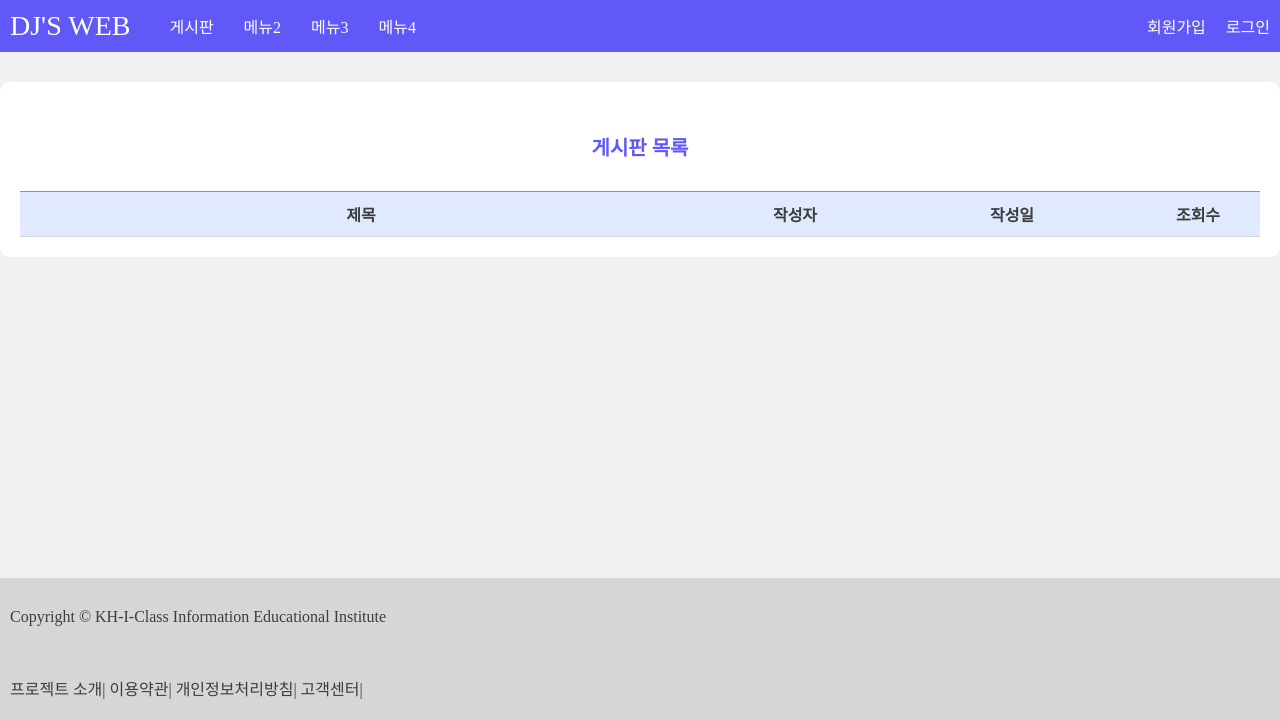
Repository: Godzilla-Man/codingStudy
Page: http://localhost/server_06_notice/WEB-INF/views/notice/list.jsp
An editor plug-in stored every save of this project. The page is shown before and after the next save, followed by the edit.
The browser window is 1280 px wide. The pictures show the whole page.
Some web fonts or font styles are not loaded; a fallback is used. The page is served by Tomcat 9. Nobody is signed in. Other server files are loaded and not shown. The template is opened directly, without the code that normally fills it, so the values that code supplies are empty.

Above is the page before, as saved 2025-05-09 02:05:19.

### server_06_notice/src/main/webapp/WEB-INF/views/notice/list.jsp
<%@ page language="java" contentType="text/html; charset=UTF-8"
    pageEncoding="UTF-8"%>
<%@ taglib uri="http://java.sun.com/jsp/jstl/core" prefix="c" %>
<!DOCTYPE html>
<html>
<head>
<meta charset="UTF-8">
<title>게시글 목록</title>
</head>
<body>
	<div class="wrap">
		<jsp:include page="/WEB-INF/views/common/header.jsp"></jsp:include>
		<main class="content">
			<section class="section notice-list-wrap">
				<div class="page-title">게시판 목록</div>

				<c:if test="${not empty loginMember}">
					<div class="list-header">
						<a class="btn-point write-btn" href="/notice/writeFrm">작성하기(일반)</a>
					</div>
				</c:if>

				<div class="list-content">
					<table class="tbl tbl-hover">
						<tr>
							<th style="width:55%;">제목</th>
							<th style="width:15%;">작성자</th>
							<th style="width:20%;">작성일</th>
							<th style="width:10%;">조회수</th>
						</tr>
						<c:forEach var="notice" items="${noticeList}">
						<tr>
							<td>${notice.noticeTitle}</td>
							<td>${notice.noticeWriter}</td>
							<td>${notice.noticeDate}</td>
							<td>${notice.readCount}</td>
						</tr>
						</c:forEach>
					</table>
				</div>
				<div id="pageNavi">${pageNavi}</div>
			</section>
		</main>
		<jsp:include page="/WEB-INF/views/common/footer.jsp"></jsp:include>
	</div>
</body>
</html>

### server_06_notice/src/main/webapp/WEB-INF/views/common/header.jsp
<%@ page language="java" contentType="text/html; charset=UTF-8"
    pageEncoding="UTF-8"%>
<%@ taglib uri="http://java.sun.com/jsp/jstl/core" prefix="c" %>
<link rel="stylesheet" href="/resources/css/default.css">
<link href="https://fonts.googleapis.com/icon?family=Material+Icons" rel="stylesheet">
<script src="https://code.jquery.com/jquery-3.7.1.min.js"></script>
<script src="/resources/js/sweetalert.min.js"></script>

<header class="header">
	<div>
		<div class="logo">
			<a href="/">DJ'S WEB</a>
		</div>
		<nav class="nav">
			<ul>
				<li>
					<a href="/notice/getList?reqPage=1">게시판</a>
				</li>
				<li>
					<a href="#">메뉴2</a>
				</li>
				<li>
					<a href="#">메뉴3</a>
				</li>
				<li>
					<a href="#">메뉴4</a>
				</li>
			</ul>
		</nav>
		<ul class="user-menu">
			<%-- 세션에 로그인 회원 정보 등록 여부에 따라 다른 메뉴 출력 --%>
			<c:choose>
				<c:when test="${empty sessionScope.loginMember}">
					<li>
						<a href="/member/joinFrm">회원가입</a>
					</li>
					<li>
						<a href="/member/loginFrm">로그인</a>
					</li>
				</c:when>
				<c:otherwise>
					<li>
						<a href="/member/myPage">마이페이지</a>
					</li>
					<li>
						<a href="/member/logout">로그아웃</a>
					</li>
				</c:otherwise>
			</c:choose>
		</ul>
	</div>
</header>

### server_06_notice/src/main/webapp/WEB-INF/views/common/footer.jsp
<%@ page language="java" contentType="text/html; charset=UTF-8"
    pageEncoding="UTF-8"%>
<footer class="footer">
	<div>
		<p>Copyright &copy; KH-I-Class Information Educational Institute</p>
	</div>
	<div>
		<a href="#">프로젝트 소개</a><span>|</span>
		<a href="#">이용약관</a><span>|</span>
		<a href="#">개인정보처리방침</a><span>|</span>
		<a href="#">고객센터</a><span>|</span>
	</div>
</footer>

### server_06_notice/src/main/webapp/resources/css/default.css


:root {
  /*main color*/
  --main1: #3d3d3d;
  --main2: #6059f7;
  --main3: #6592fe;
  --main4: #36c3fe;
  --main5: #8c61ff;
  /*box-bg*/
  --box-bg: #f0f1f1;
  /*gray*/
  --gray1: #222222;
  --gray2: #555555;
  --gray3: #717171;
  --gray4: #8f8f8f;
  --gray5: #b7b7b7;
  --gray6: #d6d6d6;
  --gray7: #efefef;
  --gray8: #ffffff;

  /*line-color*/
  --line1: #222222;
  --line2: #d6d6d6;
  --line3: #eaeced;
  --line4: #f6f6f6;
  --line5: #f8f9fa;
}
@font-face {
  font-family: ns-l;
  src: url(/resources/resources/font/NotoSansKR-Light.ttf);
}
@font-face {
  font-family: ns-r;
  src: url(/resources/font/NotoSansKR-Regular.ttf);
}
@font-face {
  font-family: ns-b;
  src: url(/resources/font/NotoSansKR-Bold.ttf);
}
@font-face {
  font-family: ns-black;
  src: url(/resources/font/NotoSansKR-Black.ttf);
}
* {
  margin: 0;
  padding: 0;
  outline: 20;
  font-family: ns-r;
  list-style-type: none;
  color : var(--main1);
}
a {
  text-decoration: none;
}
.wrap {
  min-height: 100vh;
  display: flex;
  flex-direction: column;
  min-width: 800px;
  position: relative;
  background-color: var(--box-bg);
}

.header {
  background-color: var(--main2);
  width: 100%;
  position: sticky;
  top: 0;
  z-index:1;
}
.header > div {
  padding: 10px;
  max-width: 1400px;
  margin: 0 auto;
  display: flex;
  align-items: center;
}
.header a {
  color: var(--gray8);
}
.logo {
  margin-right: 24px;
}
.logo > a {
  font-family: ns-black;
  font-size: 28px;
}
.nav {
  flex: 1;

}
.nav > ul {
  display: flex;
  align-items: center;
}
.nav > ul > li {
  margin: 0px 15px;
  position: relative;

}
.nav a,
.user-menu a {
  transition-duration: 0.3s;
}

.nav a:hover,
.user-menu a:hover {
  color: var(--gray1);
}

.nav .sub-menu {
  display: none;
  position: absolute;
  width: 130px;
  background-color: #fff;
  border: 1px solid var(--main2);
  border-radius: 5px;
  left: 10px;
  z-index: 1;
}

.sub-menu > li > a {
  color: var(--main2);
  padding: 10px;
  display: block;
}
.nav > ul > li:hover > .sub-menu {
  display: block;
}
.sub-menu > li > a:hover {
  background-color: var(--main2);
  color: var(--gray8);
}
.user-menu {
  display: flex;
}
.user-menu > li {
  margin-left: 20px;
}

.content {
  width: 100%;
  max-width: 1400px;
  margin: 30px auto;
  flex: 1;

}
.page-title {
  font-weight : bold;
  padding: 30px;
  text-align: center;
  font-family: ns-b;
  font-size: 20px;
  color: var(--main2);
}
.footer {
  background-color: var(--gray6);
}
.footer > div {
  max-width: 1400px;
  padding: 20px 10px;
  margin: 0 auto;
}
.footer > div > p {
  margin: 10px 0px;
  font-family: ns-b;
  font-size: 16px;
}

section.section {
  padding: 20px;
  border-radius: 10px;
  background-color: var(--gray8);
}
section.section.bg-section {
  background-color: var(--box-bg);
}

[class^="btn-"] {
  cursor: pointer;
  font-size: 14px;
  padding: 9px 20px;
  border: none;
  border-radius: 5px;
  font-family: ns-b;
}
.btn-primary {
  border: 1px solid var(--main3);
  background-color: var(--main3);
  color: var(--gray8);
}
.btn-primary:hover {
  background-color: rgba(101, 146, 254, 0.9);
}
.btn-secondary {
  border: 1px solid var(--gray4);
  background-color: var(--gray4);
  color: var(--gray8);
}
.btn-secondary:hover {
  background-color: rgba(143, 143, 143, 0.9);
}
.btn-point {
  border: 1px solid var(--main5);
  background-color: var(--main5);
  color: var(--gray8);
}
.btn-point:hover {
  background-color: rgba(140, 97, 255, 0.9);
}
.btn-primary.outline {
  color: var(--main3);
  background-color: var(--gray8);
}
.btn-primary.outline:hover {
  background-color: rgba(101, 146, 254, 0.2);
}
.btn-secondary.outline {
  color: var(--gray4);
  background-color: var(--gray8);
}
.btn-secondary.outline:hover {
  background-color: rgba(143, 143, 143, 0.2);
}
.btn-point.outline {
  color: var(--main5);
  background-color: var(--gray8);
}
.btn-point.outline:hover {
  background-color: rgba(140, 97, 255, 0.2);
}
[class^="btn-"].sm {
  padding: 5px 10px;
  font-family: ns-r;
  font-size: 12px;
}
[class^="btn-"].md {
  padding: 7px 15px;
  font-size: 14px;
  border-radius: 20px;
}
[class^="btn-"].lg {
  padding: 12px 25px;
  font-size: 16px;
  border-radius: 25px;
}

.tbl {
  border-top: 1px solid var(--main3);
  width: 100%;
  border-spacing: 0;
}
.tbl th,
.tbl td {
  text-align: center;
  border-bottom: 1px solid var(--line2);
  padding: 10px 20px;
}
.tbl th.left,
.tbl td.left {
  text-align: left;
}
.tbl th {
  background-color: rgba(101, 146, 254, 0.2);
}
.tbl.tbl-hover tbody > tr:hover {
  cursor: pointer;
  background-color: rgba(101, 146, 254, 0.1);
}
.input-wrap {
  display: flex;
  flex-direction: column;
}
.input-wrap > .input-title {
  margin-bottom: 10px;
  font-size: 16px;
  font-weight: bold;
  line-height: 1.5;
}
.input-item {
  display: flex;
  gap: 10px;
}
.input-item > input {
  flex: 1;
  font-size: 16px;
  line-height: 1.5;
  border: none;
  border-bottom: 1px solid var(--gray5);
  padding: 8px 0px;
}
.input-item + .input-msg {
  position: relative;
  margin-top: 8px;
  padding-left: 24px;
  color: var(--gray3);
  font-size: 14px;
  line-height: 1.5;
}
.input-item + .input-msg::before {
  content: "";
  display: block;
  position: absolute;
  left: 0;
  top: 0;
  bottom: 0;
  width: 20px;
  background: url(/resources/images/icon_info.svg) no-repeat center / contain;
}
.input-item + .input-msg.valid {
  color: #1065dc;
}
.input-item + .input-msg.valid::before {
  background: url(/resources/images/icon_info_success.svg) no-repeat center / contain;
}
.input-item + .input-msg.invalid {
  color: #ff3d00;
}
.input-item + .input-msg.invalid::before {
  background: url(/resources/images/icon_info_warning.svg) no-repeat center / contain;
}

.input-item > textarea {
  width: 100%;
  height: 156px;
  padding: 15px;
  resize: none;
  font-size: 16px;
  line-height: 24px;
  border: 1px solid var(--line2);
}

.input-wrap > input[type="checkbox"] {
  display: none;
}
.input-wrap > input[type="checkbox"] + label {
  position: relative;
  display: block;
  flex-grow: 1;
  padding: 8px 0 8px 30px;
  cursor: pointer;
}
.input-wrap > input[type="checkbox"] + label::before {
  content: "";
  display: block;
  position: absolute;
  left: 0;
  top: 8px;
  width: 24px;
  height: 24px;
  color: var(--main3);
  border-radius: 50%;
  background: url(/resources/images/icon_check.png) no-repeat center / 20px;
}
.input-wrap > input[type="checkbox"]:checked + label::before {
  background: url(/resources/images/icon_check_active.png) no-repeat center / 20px;
}

.input-wrap > input[type="radio"] {
  display: none;
}
.input-wrap > input[type="radio"] + label {
  position: relative;
  display: block;
  flex-grow: 1;
  padding: 8px 0 8px 30px;
  cursor: pointer;
}
.input-wrap > input[type="radio"] + label::before {
  content: "";
  display: block;
  position: absolute;
  left: 0;
  top: 8px;
  width: 24px;
  height: 24px;
  color: var(--main3);
  border-radius: 50%;
  background: url(/resources/images/icon_check.png) no-repeat center / 20px;
}
.input-wrap > input[type="radio"]:checked + label::before {
  background: url(/resources/images/icon_check_active.png) no-repeat center / 20px;
}
.select {
  flex: 1;
  position: relative;
  border: 1px solid var(--line2);
  border-radius: 5px;
  background: #fff url(/resources/images/icon_arrow_down.svg) no-repeat right 12px center / 12px;
  overflow: hidden;
}
.select > select {
  width: 100%;
  padding: 8px 12px;
  font-size: 16px;
  line-height: 1.5;
  cursor: pointer;
  appearance: none;
  background-color: transparent;
  border: 0;
}
.modal-bg {
  background-color: rgba(0, 0, 0, 0.4);
  position: fixed;
  width: 100vw;
  height: 100vh;
  top: 0;
  left: 0;
  display: none;
  justify-content: center;
  align-items: center;
}
.modal-bg.open {
  display: flex;
}
.modal-container {
  background-color: var(--gray8);
  padding: 40px 20px;
  width: 500px;
  display: flex;
  flex-direction: column;
  border-radius: 10px;
  gap: 20px;
  box-sizing: border-box;
  position: relative;
}
.modal-title {
  font-size: 20px;
  font-family: ns-b;
  line-height: 30px;
  text-align: center;
}
.modal-main {
  flex: 1;
  overflow-y: auto;
  padding: 0px 30px;
}
.modal-content {
  max-height: 200px;
}
.modal-btn-area {
  display: flex;
  gap: 13px;
  justify-content: center;
}
.modal-close-btn {
  position: absolute;
  top: 20px;
  right: 20px;
  font-size: 30px;
  cursor: pointer;
}

.posting-wrap{
	overflow: hidden;
	padding: 10px;
}
.posting-wrap>.posting-item{
	box-sizing: border-box;
	width : 335px;
	float: left;
	padding : 30px

}
.posting-item>a{
	display : block;
}
.posting-item:hover{
	box-shadow: 0 2px 10px 0 rgba(0, 0, 0, 0.2);
}
.posting-img{
	height: 200px;
}
.posting-img>img{
	width:100%;
	height:100%;
	object-fit:contain;
}
.posting-info{
	margin: 10px auto;
	width: 75%
}
.posting-title{
	font-size : 18px;
	font-family : ns-b;
	white-space: nowrap;
	overflow: hidden;
	text-overflow: ellipsis;
}

.pagination {
  list-style-type: none;
  display: flex;
  justify-content: center;
  align-items: center;
}
.posting-sub-info{
	margin : 10px 0px;
	display: flex;
	justify-content: space-between;
}
.posting-sub-info>span{
	font-size: 14px;
	font-family: ns-b;
}

.pagination > li {
  width: 40px;
  height: 40px;
  text-align: center;
  line-height: 40px;
  overflow: hidden;
}
.pagination.circle-style > li {
  border-radius: 50%;
}
.pagination > li > a.page-item {
  display: block;
  width: 100%;
  height: 100%;
  font-size: 18px;
}
.pagination > li > a.page-item > span.material-icons {
  display: block;
  width: 100%;
  height: 100%;
  line-height: 40px;
}
.pagination .page-item.active-page {
  background-color: var(--main2);
  color: #fff;
}

Loaded but not shown: server_06_notice/src/main/webapp/resources/js/sweetalert.min.js (library)

After the next save:
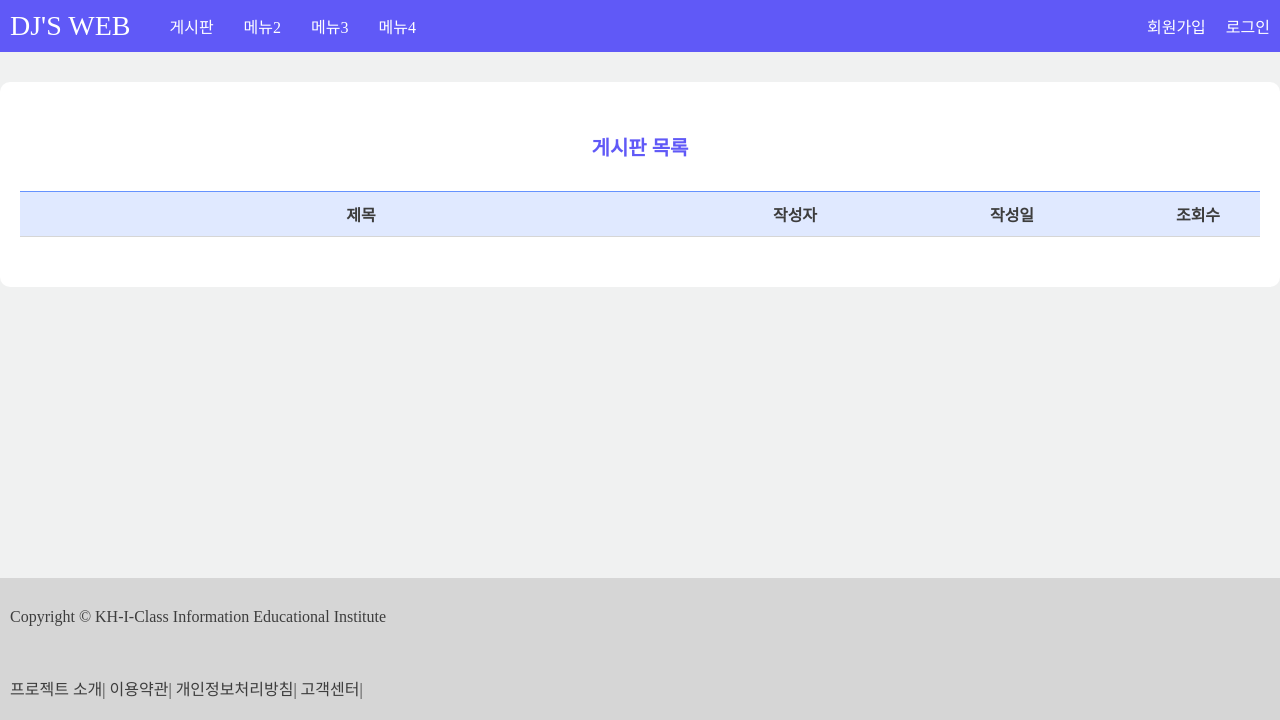
Saved 74 s later.
--- a/server_06_notice/src/main/webapp/WEB-INF/views/notice/list.jsp
+++ b/server_06_notice/src/main/webapp/WEB-INF/views/notice/list.jsp
@@ -6,6 +6,17 @@
 <head>
 <meta charset="UTF-8">
 <title>게시글 목록</title>
+
+<style>
+	#pageNavi {
+		margin-top : 30px;
+	}
+	.list-header {
+		padding : 15px 0px;
+		text-align : right;
+	}
+</style>
+
 </head>
 <body>
 	<div class="wrap">
